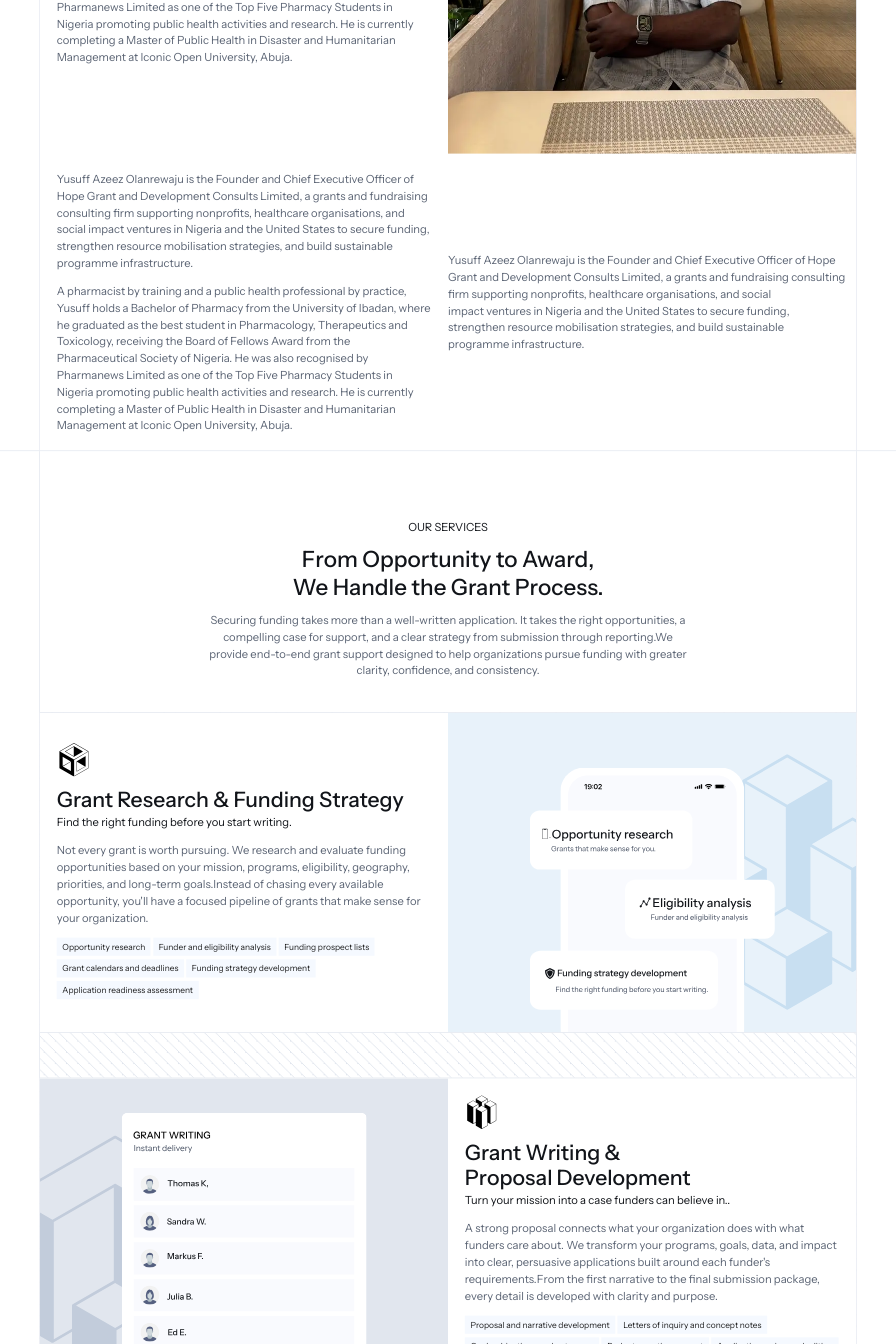
Repository: Ajeyinka/Upgrowth
Page: about.html
The author's editor kept a copy of each file at every save. The page is drawn from the files as they stood at one save, then again after the next save.
The browser window is 1280 px wide. The pictures show the part of the page from y = 558 to 2478 px (the page is 5291 px tall before and 5435 px after), at 70% of full size.

Above is the page before, as saved 2026-09-24 18:39:20.

After the next save:
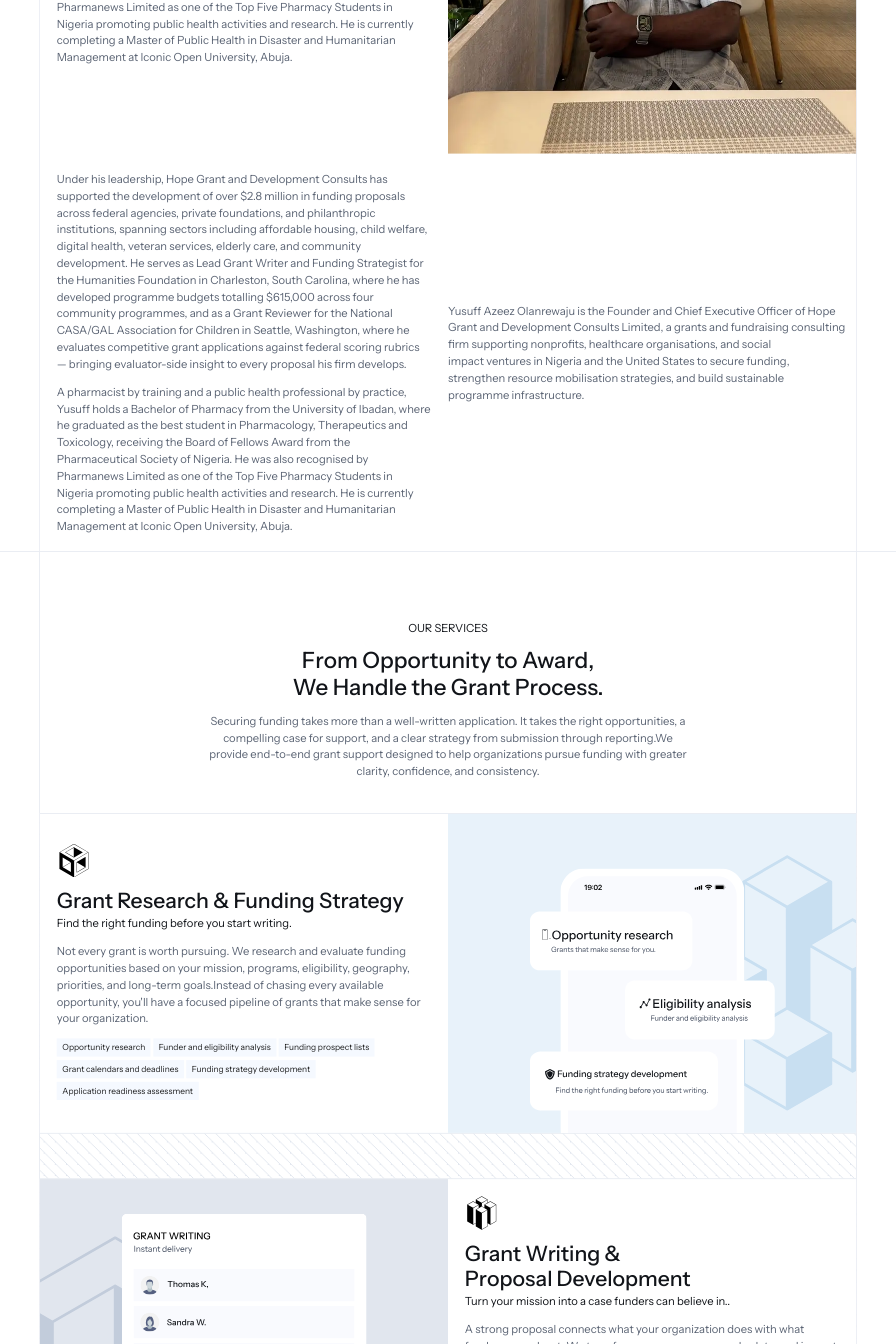
Saved 31 s later.
--- a/about.html
+++ b/about.html
@@ -84,7 +84,7 @@
 
 
               <p>
-                Yusuff Azeez Olanrewaju is the Founder and Chief Executive Officer of Hope Grant and Development Consults Limited, a grants and fundraising consulting firm supporting nonprofits, healthcare organisations, and social impact ventures in Nigeria and the United States to secure funding, strengthen resource mobilisation strategies, and build sustainable programme infrastructure.
+                Under his leadership, Hope Grant and Development Consults has supported the development of over $2.8 million in funding proposals across federal agencies, private foundations, and philanthropic institutions, spanning sectors including affordable housing, child welfare, digital health, veteran services, elderly care, and community development. He serves as Lead Grant Writer and Funding Strategist for the Humanities Foundation in Charleston, South Carolina, where he has developed programme budgets totalling $615,000 across four community programmes, and as a Grant Reviewer for the National CASA/GAL Association for Children in Seattle, Washington, where he evaluates competitive grant applications against federal scoring rubrics — bringing evaluator-side insight to every proposal his firm develops.
 
 
 
